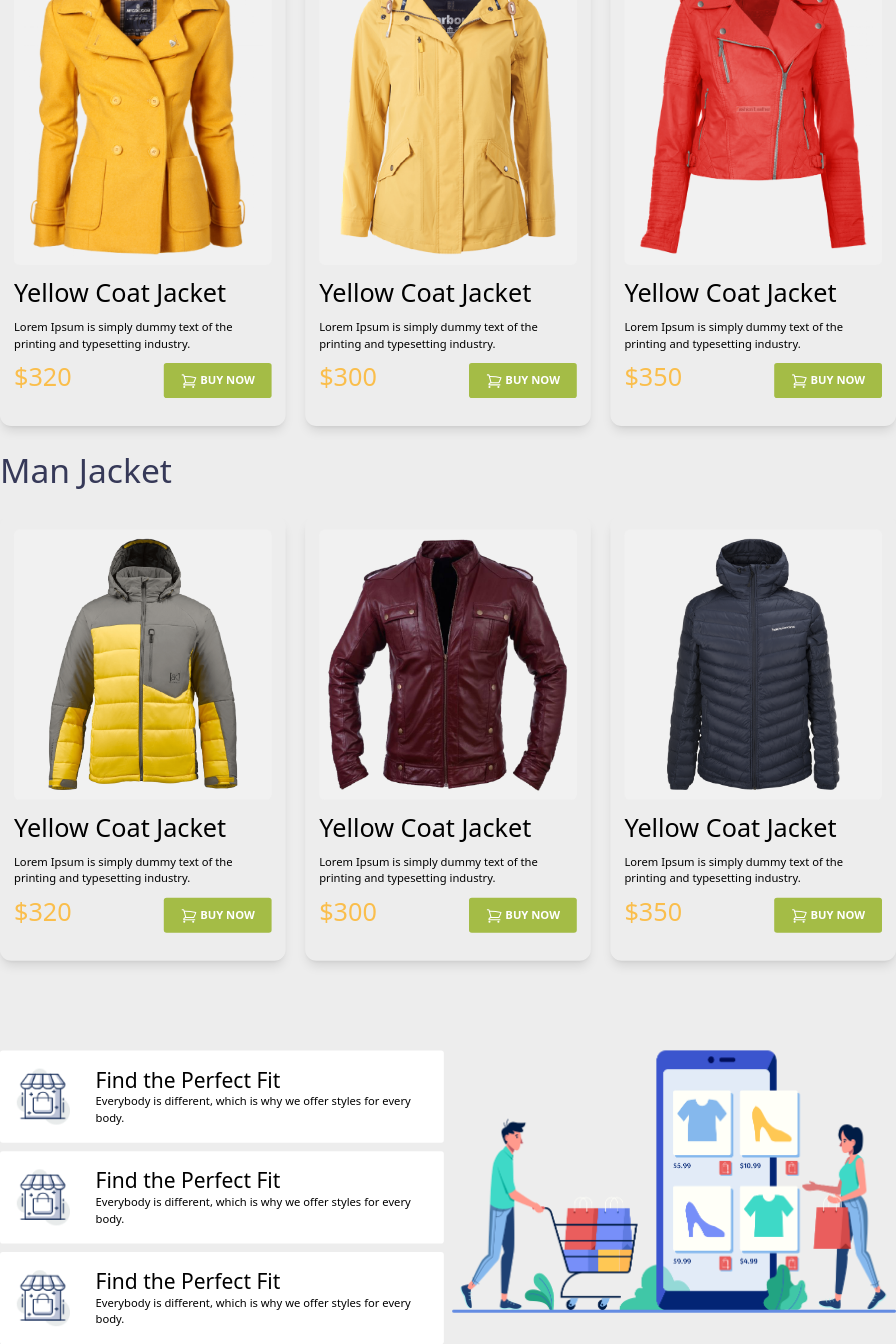
Repository: zjria/penguin-e-commerce-fashion
Page: index.html
These files come from the project's save history. The page is drawn as it stood at one moment and after the next save; the edit follows.
The browser window is 1280 px wide. The pictures show the part of the page from y = 982 to 2902 px (the page is 2902 px tall), at 70% of full size.
Some web libraries are served in a nearby version.

Above is the page before, as saved 2022-10-07 09:59:39.

### index.html
<!DOCTYPE html>
<html lang="en">

<head>
    <meta charset="UTF-8">
    <meta http-equiv="X-UA-Compatible" content="IE=edge">
    <meta name="viewport" content="width=device-width, initial-scale=1.0">
    <title>Penguin E-commerce</title>
    <!-- Google Fonts Link -->
    <link rel="preconnect" href="https://fonts.googleapis.com">
    <link rel="preconnect" href="https://fonts.gstatic.com" crossorigin>
    <link href="https://fonts.googleapis.com/css2?family=Bebas+Neue&family=Roboto:wght@100;300;400;500&display=swap"
        rel="stylesheet">

    <!-- Tailwind CSS CDN link -->
    <script src="https://cdn.tailwindcss.com"></script>
    <script>
        tailwind.config = {
            theme: {
                extend: {
                    colors: {
                        clifford: '#da373d',
                        header_bg: '#FFFBF0',
                        main_text_color: '#363958',
                        price_color: '#FABE4C',
                        card_bg: '#F1F1F1',
                        full_card_bg: '#FFFFFF',
                        main_color: '#EDEDED'
                    }
                }
            }
        }
    </script>
</head>

<body>
    <h2 class="bg-purple-300 text-center font-header_text">Do selfless favor to people</h2>


    <!-- Header Section -->
    <header class="bg-header_bg pb-32 pt-24">
        <section class="container mx-auto uppercase sm:flex items-center justify-around">
            <div class="space-y-3">
                <h1 class="text-2xl sm:text-5xl font-bold font-header_text">
                    <span class="text-yellow-400">Be the Penguins</span> <br>
                    <span class="text-slate-600">of Winter</span>
                </h1>
                <p class="font-anther_text">Lorem Ipsum is simply dummy text of the printing
                    and typesetting industry.</p>
                <button class="uppercase bg-[#A4BC46] py-3 px-6 text-white font-semibold rounded font-anther_text"> <svg
                        xmlns="http://www.w3.org/2000/svg" fill="none" viewBox="0 0 24 24" stroke-width="1.5"
                        stroke="currentColor" class="w-6 h-6 inline text-white">
                        <path stroke-linecap="round" stroke-linejoin="round"
                            d="M2.25 3h1.386c.51 0 .955.343 1.087.835l.383 1.437M7.5 14.25a3 3 0 00-3 3h15.75m-12.75-3h11.218c1.121-2.3 2.1-4.684 2.924-7.138a60.114 60.114 0 00-16.536-1.84M7.5 14.25L5.106 5.272M6 20.25a.75.75 0 11-1.5 0 .75.75 0 011.5 0zm12.75 0a.75.75 0 11-1.5 0 .75.75 0 011.5 0z" />
                    </svg>
                    Buy Now</button>
            </div>
            <div class="pt-8 sm:pt-8">
                <img class=" w-1/2 sm:w-full" src="images/model.png" alt="">
            </div>
        </section>
    </header>

    <!-- Main Section Start -->
    <main class="bg-main_color">
        <!-- Woman Jacket -->
        <section class="container mx-auto">
            <h2 class="text-5xl my-10 text-main_text_color font-header_text">Woman Jacket</h2>
            <div class="grid md:grid-cols-2 lg:grid-cols-3 gap-7">
                <div class="full_card_bg ">
                    <div class="rounded-2xl shadow-lg p-5">
                        <div class="p-3 bg-card_bg rounded-lg">
                            <img src="images/jacket-1.png" alt="">
                        </div>
                        <div class="py-3">
                            <h3 class="text-4xl py-2">Yellow Coat Jacket</h3>
                            <p class="py-2">Lorem Ipsum is simply dummy text of the
                                printing and typesetting industry.</p>
                            <div class="flex justify-between py-2">
                                <h3 class="text-4xl text-price_color">$320</h3>
                                <button
                                    class="uppercase bg-[#A4BC46] py-3 px-6 text-white font-semibold rounded font-anther_text">
                                    <svg xmlns="http://www.w3.org/2000/svg" fill="none" viewBox="0 0 24 24"
                                        stroke-width="1.5" stroke="currentColor" class="w-6 h-6 inline text-white">
                                        <path stroke-linecap="round" stroke-linejoin="round"
                                            d="M2.25 3h1.386c.51 0 .955.343 1.087.835l.383 1.437M7.5 14.25a3 3 0 00-3 3h15.75m-12.75-3h11.218c1.121-2.3 2.1-4.684 2.924-7.138a60.114 60.114 0 00-16.536-1.84M7.5 14.25L5.106 5.272M6 20.25a.75.75 0 11-1.5 0 .75.75 0 011.5 0zm12.75 0a.75.75 0 11-1.5 0 .75.75 0 011.5 0z" />
                                    </svg>
                                    Buy Now</button>
                            </div>
                        </div>
                    </div>
                </div>
                <div class="full_card_bg ">
                    <div class="rounded-2xl shadow-lg p-5">
                        <div class="p-3 bg-card_bg rounded-lg">
                            <img src="images/jacket-2.png" alt="">
                        </div>
                        <div class="py-3">
                            <h3 class="text-4xl py-2">Yellow Coat Jacket</h3>
                            <p class="py-2">Lorem Ipsum is simply dummy text of the
                                printing and typesetting industry.</p>
                            <div class="flex justify-between py-2">
                                <h3 class="text-4xl text-price_color">$300</h3>
                                <button
                                    class="uppercase bg-[#A4BC46] py-3 px-6 text-white font-semibold rounded font-anther_text">
                                    <svg xmlns="http://www.w3.org/2000/svg" fill="none" viewBox="0 0 24 24"
                                        stroke-width="1.5" stroke="currentColor" class="w-6 h-6 inline text-white">
                                        <path stroke-linecap="round" stroke-linejoin="round"
                                            d="M2.25 3h1.386c.51 0 .955.343 1.087.835l.383 1.437M7.5 14.25a3 3 0 00-3 3h15.75m-12.75-3h11.218c1.121-2.3 2.1-4.684 2.924-7.138a60.114 60.114 0 00-16.536-1.84M7.5 14.25L5.106 5.272M6 20.25a.75.75 0 11-1.5 0 .75.75 0 011.5 0zm12.75 0a.75.75 0 11-1.5 0 .75.75 0 011.5 0z" />
                                    </svg>
                                    Buy Now</button>
                            </div>
                        </div>
                    </div>
                </div>
                <div class="full_card_bg ">
                    <div class="rounded-2xl shadow-lg p-5">
                        <div class="p-3 bg-card_bg rounded-lg">
                            <img src="images/jacket-3.png" alt="">
                        </div>
                        <div class="py-3">
                            <h3 class="text-4xl py-2">Yellow Coat Jacket</h3>
                            <p class="py-2">Lorem Ipsum is simply dummy text of the
                                printing and typesetting industry.</p>
                            <div class="flex justify-between py-2">
                                <h3 class="text-4xl text-price_color">$350</h3>
                                <button
                                    class="uppercase bg-[#A4BC46] py-3 px-6 text-white font-semibold rounded font-anther_text">
                                    <svg xmlns="http://www.w3.org/2000/svg" fill="none" viewBox="0 0 24 24"
                                        stroke-width="1.5" stroke="currentColor" class="w-6 h-6 inline text-white">
                                        <path stroke-linecap="round" stroke-linejoin="round"
                                            d="M2.25 3h1.386c.51 0 .955.343 1.087.835l.383 1.437M7.5 14.25a3 3 0 00-3 3h15.75m-12.75-3h11.218c1.121-2.3 2.1-4.684 2.924-7.138a60.114 60.114 0 00-16.536-1.84M7.5 14.25L5.106 5.272M6 20.25a.75.75 0 11-1.5 0 .75.75 0 011.5 0zm12.75 0a.75.75 0 11-1.5 0 .75.75 0 011.5 0z" />
                                    </svg>
                                    Buy Now</button>
                            </div>
                        </div>
                    </div>
                </div>


            </div>

        </section>

        <!-- Man Jacket -->
        <section class="container mx-auto">
            <h2 class="text-5xl my-10 text-main_text_color font-header_text">Man Jacket</h2>
            <div class="grid md:grid-cols-2 lg:grid-cols-3 gap-7">
                <div class="full_card_bg ">
                    <div class="rounded-2xl shadow-lg p-5">
                        <div class="p-3 bg-card_bg rounded-lg">
                            <img src="images/jacket-4.png" alt="">
                        </div>
                        <div class="py-3">
                            <h3 class="text-4xl py-2">Yellow Coat Jacket</h3>
                            <p class="py-2">Lorem Ipsum is simply dummy text of the
                                printing and typesetting industry.</p>
                            <div class="flex justify-between py-2">
                                <h3 class="text-4xl text-price_color">$320</h3>
                                <button
                                    class="uppercase bg-[#A4BC46] py-3 px-6 text-white font-semibold rounded font-anther_text">
                                    <svg xmlns="http://www.w3.org/2000/svg" fill="none" viewBox="0 0 24 24"
                                        stroke-width="1.5" stroke="currentColor" class="w-6 h-6 inline text-white">
                                        <path stroke-linecap="round" stroke-linejoin="round"
                                            d="M2.25 3h1.386c.51 0 .955.343 1.087.835l.383 1.437M7.5 14.25a3 3 0 00-3 3h15.75m-12.75-3h11.218c1.121-2.3 2.1-4.684 2.924-7.138a60.114 60.114 0 00-16.536-1.84M7.5 14.25L5.106 5.272M6 20.25a.75.75 0 11-1.5 0 .75.75 0 011.5 0zm12.75 0a.75.75 0 11-1.5 0 .75.75 0 011.5 0z" />
                                    </svg>
                                    Buy Now</button>
                            </div>
                        </div>
                    </div>
                </div>
                <div class="full_card_bg ">
                    <div class="rounded-2xl shadow-lg p-5">
                        <div class="p-3 bg-card_bg rounded-lg">
                            <img src="images/jacket-5.png" alt="">
                        </div>
                        <div class="py-3">
                            <h3 class="text-4xl py-2">Yellow Coat Jacket</h3>
                            <p class="py-2">Lorem Ipsum is simply dummy text of the
                                printing and typesetting industry.</p>
                            <div class="flex justify-between py-2">
                                <h3 class="text-4xl text-price_color">$300</h3>
                                <button
                                    class="uppercase bg-[#A4BC46] py-3 px-6 text-white font-semibold rounded font-anther_text">
                                    <svg xmlns="http://www.w3.org/2000/svg" fill="none" viewBox="0 0 24 24"
                                        stroke-width="1.5" stroke="currentColor" class="w-6 h-6 inline text-white">
                                        <path stroke-linecap="round" stroke-linejoin="round"
                                            d="M2.25 3h1.386c.51 0 .955.343 1.087.835l.383 1.437M7.5 14.25a3 3 0 00-3 3h15.75m-12.75-3h11.218c1.121-2.3 2.1-4.684 2.924-7.138a60.114 60.114 0 00-16.536-1.84M7.5 14.25L5.106 5.272M6 20.25a.75.75 0 11-1.5 0 .75.75 0 011.5 0zm12.75 0a.75.75 0 11-1.5 0 .75.75 0 011.5 0z" />
                                    </svg>
                                    Buy Now</button>
                            </div>
                        </div>
                    </div>
                </div>
                <div class="full_card_bg ">
                    <div class="rounded-2xl shadow-lg p-5">
                        <div class="p-3 bg-card_bg rounded-lg">
                            <img src="images/jacket-6.png" alt="">
                        </div>
                        <div class="py-3">
                            <h3 class="text-4xl py-2">Yellow Coat Jacket</h3>
                            <p class="py-2">Lorem Ipsum is simply dummy text of the
                                printing and typesetting industry.</p>
                            <div class="flex justify-between py-2">
                                <h3 class="text-4xl text-price_color">$350</h3>
                                <button
                                    class="uppercase bg-[#A4BC46] py-3 px-6 text-white font-semibold rounded font-anther_text">
                                    <svg xmlns="http://www.w3.org/2000/svg" fill="none" viewBox="0 0 24 24"
                                        stroke-width="1.5" stroke="currentColor" class="w-6 h-6 inline text-white">
                                        <path stroke-linecap="round" stroke-linejoin="round"
                                            d="M2.25 3h1.386c.51 0 .955.343 1.087.835l.383 1.437M7.5 14.25a3 3 0 00-3 3h15.75m-12.75-3h11.218c1.121-2.3 2.1-4.684 2.924-7.138a60.114 60.114 0 00-16.536-1.84M7.5 14.25L5.106 5.272M6 20.25a.75.75 0 11-1.5 0 .75.75 0 011.5 0zm12.75 0a.75.75 0 11-1.5 0 .75.75 0 011.5 0z" />
                                    </svg>
                                    Buy Now</button>
                            </div>
                        </div>
                    </div>
                </div>
            </div>
        </section>
        <!-- ‍Shopping Section Start -->
        <section class="container mx-auto mt-32">
            <div class="grid grid-cols-2 gap-3">
                <div class="bg-white rounded flex p-6 justify-center items-center">
                    <img class="w-20 h-20" src="images/house.png" alt="">
                    <div class="text pl-9">
                        <h4 class="text-3xl">Find the Perfect Fit</h4>
                        <p>Everybody is different, which is why we
                            offer styles for every body.</p>
                    </div>
                </div>
                <div class="row-span-3">
                    <img src="images/shopping.png" alt="">
                </div>
                <div class="bg-white rounded flex p-6 justify-center items-center">
                    <img class="w-20 h-20" src="images/house.png" alt="">
                    <div class="text pl-9">
                        <h4 class="text-3xl">Find the Perfect Fit</h4>
                        <p>Everybody is different, which is why we
                            offer styles for every body.</p>
                    </div>
                </div>
                <div class="bg-white rounded flex p-6 justify-center items-center">
                    <img class="w-20 h-20" src="images/house.png" alt="">
                    <div class="text pl-9">
                        <h4 class="text-3xl">Find the Perfect Fit</h4>
                        <p>Everybody is different, which is why we
                            offer styles for every body.</p>
                    </div>
                </div>
            </div>
        </section>
    </main>

</body>

</html>

After the next save:
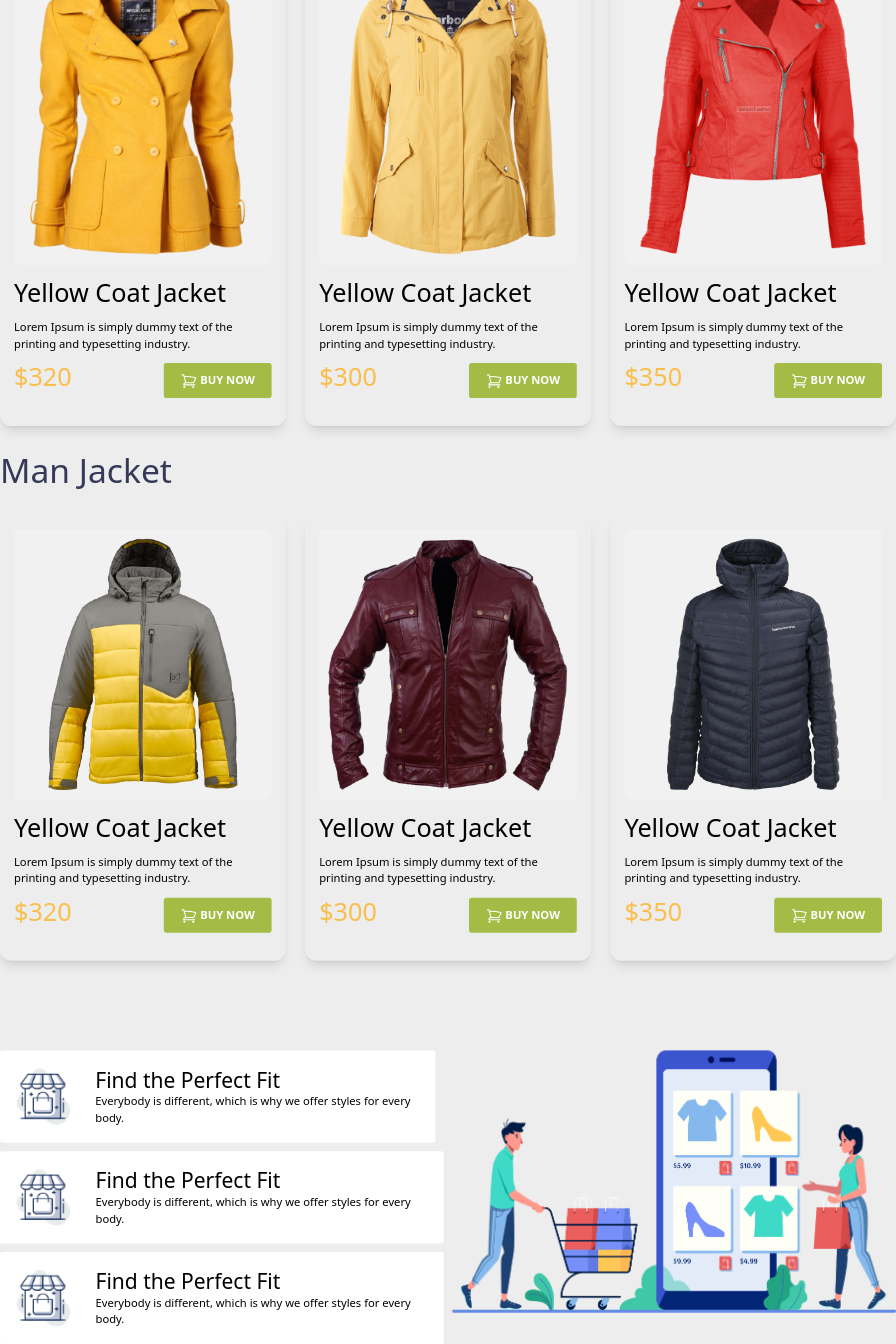
Saved 65 s later.
--- a/index.html
+++ b/index.html
@@ -220,6 +220,17 @@
         <!-- ‍Shopping Section Start -->
         <section class="container mx-auto mt-32">
             <div class="grid grid-cols-2 gap-3">
+                <div class="bg-white rounded flex p-6 justify-center items-center mr-3">
+                    <img class="w-20 h-20" src="images/house.png" alt="">
+                    <div class="text pl-9">
+                        <h4 class="text-3xl">Find the Perfect Fit</h4>
+                        <p>Everybody is different, which is why we
+                            offer styles for every body.</p>
+                    </div>
+                </div>
+                <div class="row-span-3">
+                    <img src="images/shopping.png" alt="">
+                </div>
                 <div class="bg-white rounded flex p-6 justify-center items-center">
                     <img class="w-20 h-20" src="images/house.png" alt="">
                     <div class="text pl-9">
@@ -228,9 +239,6 @@
                             offer styles for every body.</p>
                     </div>
                 </div>
-                <div class="row-span-3">
-                    <img src="images/shopping.png" alt="">
-                </div>
                 <div class="bg-white rounded flex p-6 justify-center items-center">
                     <img class="w-20 h-20" src="images/house.png" alt="">
                     <div class="text pl-9">
@@ -239,14 +247,6 @@
                             offer styles for every body.</p>
                     </div>
                 </div>
-                <div class="bg-white rounded flex p-6 justify-center items-center">
-                    <img class="w-20 h-20" src="images/house.png" alt="">
-                    <div class="text pl-9">
-                        <h4 class="text-3xl">Find the Perfect Fit</h4>
-                        <p>Everybody is different, which is why we
-                            offer styles for every body.</p>
-                    </div>
-                </div>
             </div>
         </section>
     </main>
